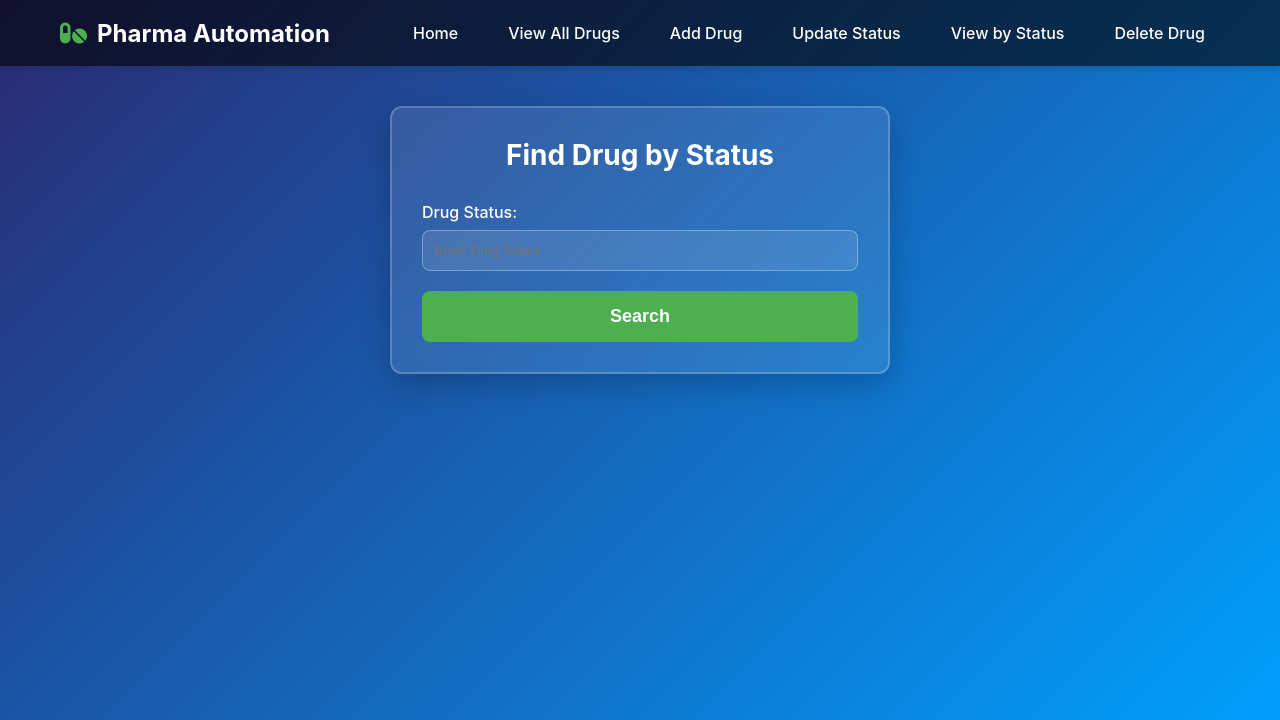
Repository: Clarrieous/Infosys-intern
Page: http://localhost/findbydrugstatus
The author's editor kept a copy of each file at every save. The page is drawn from the files as they stood at one save, then again after the next save.
The browser window is 1280 px wide. The pictures show the whole page.
The page is this project's Thymeleaf template; nobody is signed in. The template is opened directly, without the code that normally fills it, so the values that code supplies are empty.

Above is the page before, as saved 2024-12-08 18:57:48.

After the next save:
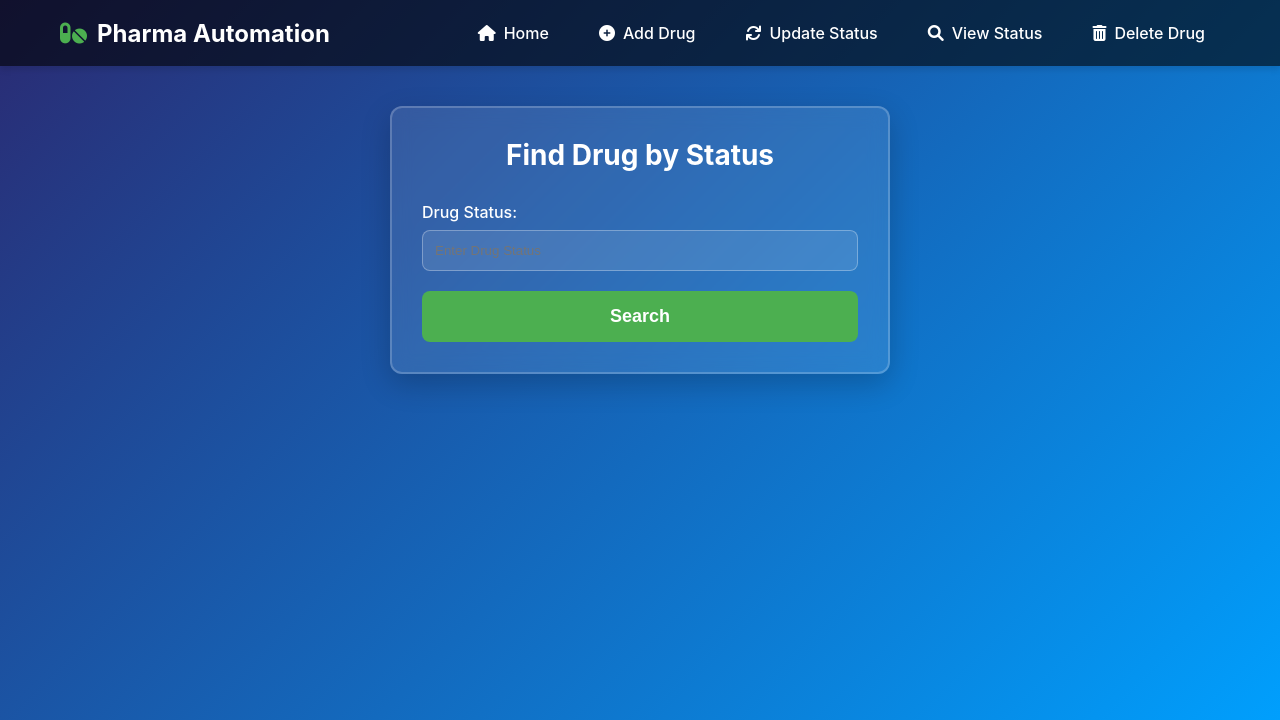
Saved 14 s later.
--- a/ClientService/src/main/resources/templates/findbydrugstatus.html
+++ b/ClientService/src/main/resources/templates/findbydrugstatus.html
@@ -195,24 +195,21 @@
 </head>
 <body>
 
-    <nav class="navbar">
-        <div class="container nav-content">
-            <div class="logo">
-                <i class="fas fa-pills"></i>
-                Pharma Automation
-            </div>
-
-            <ul class="nav-menu">
-				<li><a th:href="@{/Home}">Home</a></li>
-
-                <li><a th:href="@{/viewAllDrugs}">View All Drugs</a></li>
-                <li><a th:href="@{/addDrug}">Add Drug</a></li>
-                <li><a th:href="@{/updateStatus}">Update Status</a></li>
-                <li><a th:href="@{/viewDrugStatus}">View by Status</a></li>
-                <li><a th:href="@{/deleteDrug}">Delete Drug</a></li>
-            </ul>
-        </div>
-    </nav>
+	<nav class="navbar">
+	        <div class="container nav-content">
+	            <div class="logo">
+	                <i class="fas fa-pills"></i>
+	                Pharma Automation
+	            </div>
+	            <ul class="nav-menu">
+					<li><a th:href="@{/Home}"><i class="fa-solid fa-house"></i>Home</a></li>
+	                <li><a th:href="@{/addDrug}"><i class="fas fa-plus-circle"></i>Add Drug</a></li>
+	                <li><a th:href="@{/updateStatus}"><i class="fas fa-sync"></i>Update Status</a></li>
+	                <li><a th:href="@{/viewDrugStatus}"><i class="fas fa-search"></i>View Status</a></li>
+	                <li><a th:href="@{/deleteDrug}"><i class="fas fa-trash-alt"></i>Delete Drug</a></li>
+	            </ul>
+	        </div>
+	    </nav>
 
     <div class="container">
         <div class="form-container">
